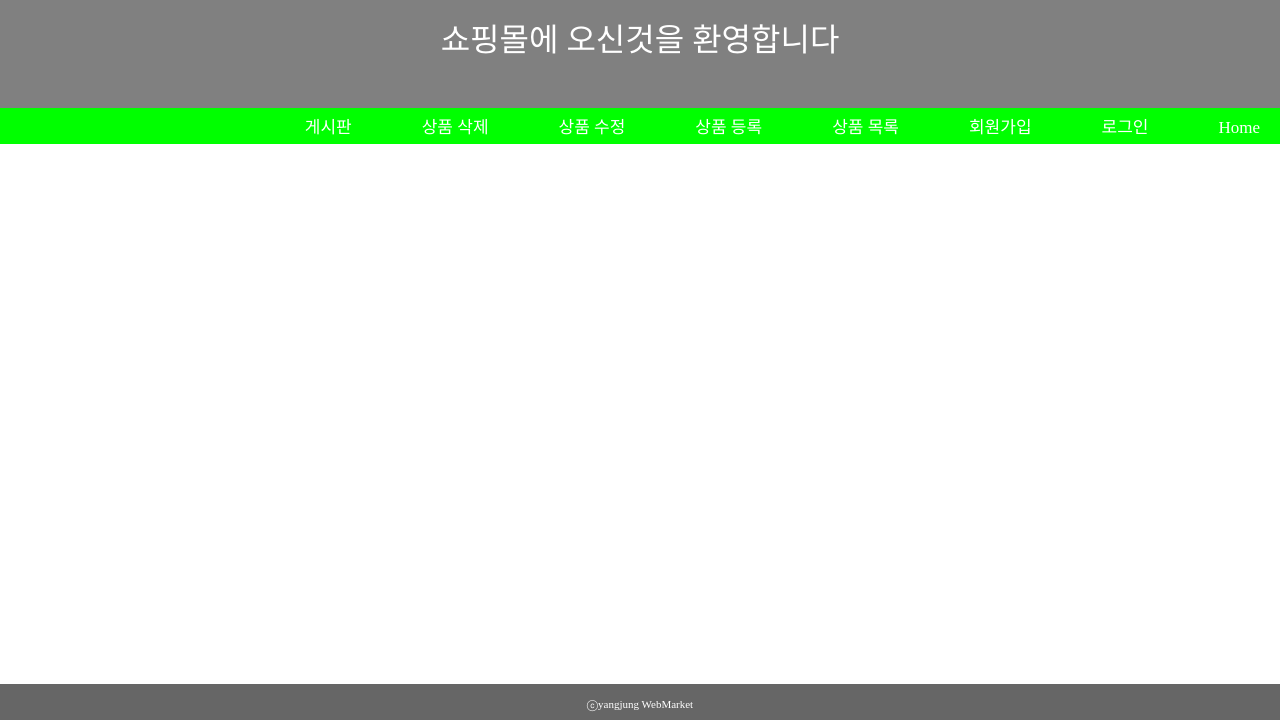
Repository: cccf777/-
Page: http://localhost/D0428/shop/index.jsp
The author's editor kept a copy of each file at every save. The page is drawn from the files as they stood at one save, then again after the next save.
The browser window is 1280 px wide. The pictures show the whole page.
The page is served by Tomcat 9.

Above is the page before, as saved 2021-04-28 01:32:41.

### workspace/D0428/src/main/webapp/shop/index.jsp
<%@ page language="java" contentType="text/html; charset=UTF-8"
    pageEncoding="UTF-8"%>
    <%@ page import="java.sql.*" %>
<!DOCTYPE html>
<html>
<head>
<meta charset="UTF-8">
<title>Insert title here</title>
</head>
<body>

<%@ include file="header.jsp" %>
<%@ include file="nav.jsp" %>
<section>

</section>
<%@ include file="footer.jsp" %>
</body>
</html>

### workspace/D0428/src/main/webapp/shop/header.jsp
<%@ page language="java" contentType="text/html; charset=UTF-8"
    pageEncoding="UTF-8"%>
<!DOCTYPE html>
<html>
<head>
<meta charset="UTF-8">
<title>Insert title here</title>
<link rel="stylesheet" href="common.css">
</head>
<body>
<header>쇼핑몰에 오신것을 환영합니다

</header>
</body>
</html>

### workspace/D0428/src/main/webapp/shop/nav.jsp
<%@ page language="java" contentType="text/html; charset=UTF-8"
    pageEncoding="UTF-8"%>
<!DOCTYPE html>
<html>
<head>
<meta charset="UTF-8">
<title>Insert title here</title>
<link rel="stylesheet" href="common.css">
</head>
<body>
<nav>
	<ul>
		<li><a href="index.jsp">Home</a></li>
		<li><a href="subInsert.jsp">로그인</a></li>
		<li><a href="teacherInsert.jsp">회원가입</a></li>
		<li><a href="hakSelect.jsp">상품 목록</a></li>
		<li><a href="subSelect.jsp">상품 등록</a></li>
		<li><a href="teacherSelect.jsp">상품 수정</a></li>
		<li><a href="index.jsp">상품 삭제</a></li>
		<li><a href="index.jsp">게시판</a></li>
	</ul>
</nav>
</body>
</html>

### workspace/D0428/src/main/webapp/shop/footer.jsp
<%@ page language="java" contentType="text/html; charset=UTF-8"
    pageEncoding="UTF-8"%>
<!DOCTYPE html>
<html>
<head>
<meta charset="UTF-8">
<title>Insert title here</title>
<link rel="stylesheet" href="common.css">
</head>
<body>
<footer>
ⓒyangjung WebMarket
</footer>
</body>
</html>

### workspace/D0428/src/main/webapp/shop/common.css
@charset "UTF-8";
header{
	height:15%;
	background:grey;
	color:#ffffff;
	text-align:center;
	line-height:80px;
	font-size:2em;
}

footer{
	height:5%;
	background:#666;
	color:#fff;
	text-align:center;
	line-height:40px;
	font-size:11px;
}
nav{
	height:5%;
	line-height:40px;
	background:lime;
	text-align:right;
}
nav ul{
	display:inline-block;
	list-style-type:none;
}
nav li{
	float:right;
	margin: 0 0 0 30px;
}
nav a{
	display:block;
	color:#ffffff;
	font-size:17px;
	text-decoration:none;
	padding:0 20px;
}

section{
	height:75%;
	width:100%;
	margin:0 auto;
	font-size:13px;
}
*{
	margin:0;
	padding:0;
}
html,body{
	height:100%;
	width:100%;
}

section table{
	width:70%;
	height:50%;
	margin:0 auto;
	border:2px solid black;
}
#table1{
	width:60%;
	height:50%;
	margin:0 auto;
	border:2px solid black;
}
#h3{
	text-align:center;
	padding:0.5% 0;
}
.center{
	text-align: center;
	font-size:1.2em;
}
#id1{
	height:30px;
	width:60%;
}
#t1{
	margin-left:25%;
}

After the next save:
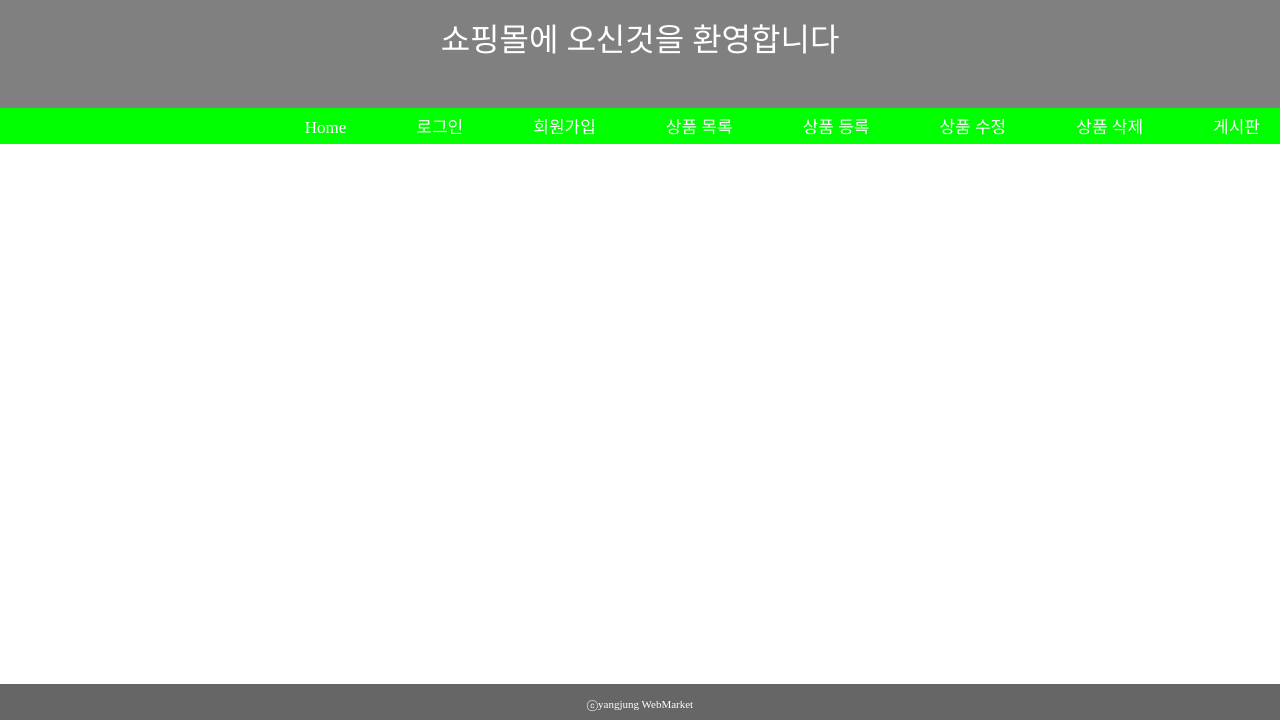
Saved 10 s later.
--- a/workspace/D0428/src/main/webapp/shop/common.css
+++ b/workspace/D0428/src/main/webapp/shop/common.css
@@ -27,7 +27,7 @@ nav ul{
 	list-style-type:none;
 }
 nav li{
-	float:right;
+	float:left;
 	margin: 0 0 0 30px;
 }
 nav a{
